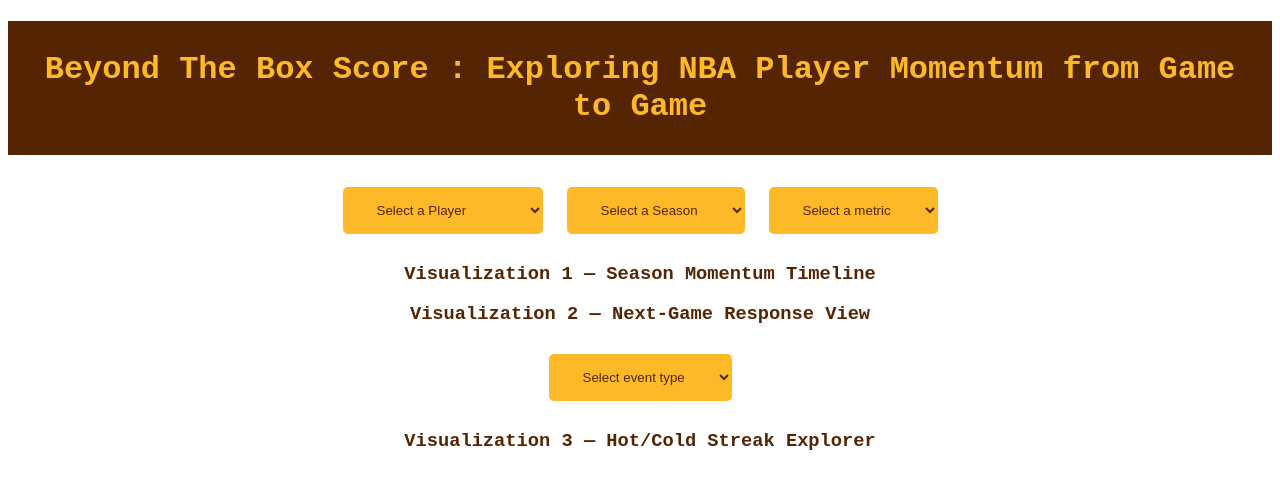
Repository: houdafatih/Data-Viz-Project
Page: index.html
An editor plug-in stored every save of this project. The page is shown before and after the next save, followed by the edit.
The browser window is 1280 px wide. The pictures show the whole page.

Above is the page before, as saved 2026-06-19 10:25:29.

### index.html
<!DOCTYPE html>
<html>
   <head>
    <meta charset="UTF-8"/>
    <title>Beyond The Box Score</title>
    <link rel="stylesheet" href="style.css" >
  </head>
  <body>
     <h1>Beyond The Box Score : Exploring NBA Player Momentum from Game to Game</h1>

     <div class="selection">
        <select id="playerSelect">
            <option selected disabled>Select a Player</option>
        </select>

        <select id="seasonSelect">
            <option selected disabled>Select a Season</option>
        </select>

        <select id="metricSelect">
            <option selected disabled>Select a metric</option>
            <option value="pts">Points</option>
            <option value="fga">FGA</option>
            <option value="min">Minutes</option>
            <option value="fg_pct">FG%</option>
            <option value="plus_minus">Plus/Minus</option>
        </select>
     </div>

     <h3>Visualization 1 — Season Momentum Timeline</h3>
     <div id="vizual1"></div>

     <h3>Visualization 2 — Next-Game Response View</h3>
     <div class="selection">
        <select id="performanceSelect">
            <option selected disabled>Select event type</option>
            <option value="all">All</option>
            <option value="hot">Hot</option>
            <option value="cold">Cold</option>
            <option value="normal">Normal</option>
        </select>
     </div>
     <div id="vizual2"></div>

     <h3>Visualization 3 — Hot/Cold Streak Explorer</h3>
     <!---<div id="vizual3"></div>

     <h3>Visualization 4 — Context Impact View</h3>
     <div id="vizual4"></div> ---->

  </body>
  <script src="https://d3js.org/d3.v7.min.js"></script>
  <script type="module" src="index.js"></script>
</html>

### style.css
body{
    padding: 0px;
}
h1{
  text-align: center;
  font-size: 2rem;
  font-family: "Courier New", Courier, monospace;
  color : #fdb927;
  background-color: #552503;
  padding: 30px;

}
.selection{
    text-align: center;
}
select{
    margin: 10px;
    padding: 15px 30px;
    border-radius: 5px;
    border: none;
    background: #fdb927;
    color:#552503;

}
select option:hover{
    background-color: #fdb927;
}



h3{
    color: #552503;
    font-family: "Courier New", Courier, monospace;
    text-align: center;
}
.tick{
    font-size: 5px;
}
line{
    stroke-width: 0.5px;
}
.label{
    color: #552503;
    font-family: "Courier New", Courier, monospace;
    font-weight: bold;
}

.tooltip{
    position: fixed;
    background: wheat;
    border: 1px solid #ccc;
    padding: 10px;
    font-size: 15px;
    opacity: 0;
    pointer-events: none;

}
text{
    font-family: "Courier New", Courier, monospace;
}
.tooltip2{
    position: fixed;
    background: #fdb927;
    border: 1px solid #ccc;
    padding: 10px;
    font-size: 15px;
    visibility: hidden;
    pointer-events: none;
}
.line2{
    stroke-width: 1px;
}

### index.js
import {playersData,seasonData} from "./scripts/utils.js";
import { drawVisualization1 } from "./scripts/visualization1.js";
import { drawVisualization2 } from "./scripts/visualization2.js";

d3.csv("data/nba.csv").then(function(data){

   data.forEach(element => {
        element.player_id = +element.player_id
        element.game_index = +element.game_index
        element.pts = +element.pts
        element.fga = +element.fga
        element.min = +element.min
        element.fg_pct = +element.fg_pct
        element.plus_minus = +element.plus_minus
        element.next_pts = +element.next_pts
        element.next_fga = +element.next_fga
        element.next_min = +element.next_min
        element.next_fg_pct = +element.next_fg_pct
        element.rolling_pts_avg_3 = +element.rolling_pts_avg_3
        element.baseline_pts = +element.baseline_pts
        element.pts_diff_from_baseline = +element.pts_diff_from_baseline
        element.streak_length = +element.streak_length
   });

   playersData(data)
   seasonData(data)

   const nba_data = data

   d3.select("#playerSelect").on("change",() => updateVisualizations(nba_data))
   d3.select("#seasonSelect").on("change",() => updateVisualizations(nba_data))
   d3.select("#metricSelect").on("change",() => updateVisualizations(nba_data))
   d3.select("#performanceSelect").on("change",() => updateVisualizations(nba_data))

})

function updateVisualizations(nba_data){
    const player = d3.select("#playerSelect").property("value")
    const season = d3.select("#seasonSelect").property("value")
    const metric = d3.select("#metricSelect").property("value")
    const eventT = d3.select("#performanceSelect").property("value")

    if(player === "Select a Player" || season === "Select a Season" || metric === "Select a metric"){
        return
    }

    let data_filter = nba_data.filter(d => d.player_name === player && d.season_year == season)
    drawVisualization1(data_filter,"#vizual1",metric)

    if(eventT === "Select event type"){
        return
    }
    drawVisualization2(data_filter,"#vizual2",metric,eventT)

}

### scripts/utils.js
export function playersData(data){
    const players_list = [...new Set(data.map(dt => dt.player_name))]

    d3.select("#playerSelect").selectAll(".players-options").data(players_list)
    .enter().append("option").attr("class","players-options").attr("value",dt=>dt).text(dt => dt)
}

export function seasonData(data){
    const seasons_list = [...new Set(data.map(dt => dt.season_year))]
    d3.select("#seasonSelect").selectAll(".seasons-options").data(seasons_list)
    .enter().append("option").attr("class","seasons-options").attr("value",dt=>dt).text(dt => dt)
}

### scripts/visualization1.js
export function drawVisualization1(data,id,metric){
     if(data.length === 0) {
        clearCanvas(id)
        return
    }
     const canvas = createCanvas()

     clearCanvas(id)

     const svg = addSvg(id,canvas)
     const sc = addScales(data,canvas,metric)

     addAxes(svg,sc,canvas)
     addMetricLine(svg,sc,data,metric)
     addAverageLine(svg,sc,data,metric)
     addBaselineLine(svg,sc,data,metric)
     addPoints(svg,sc,data,metric)
     addLabels(svg,canvas,metric)

     addLegends(svg,canvas)
}

function createCanvas(){
    return{
        width : 600, height: 200, margin:{top: 20,right:100, bottom:60, left:50}
    }
}

function clearCanvas(id){
    d3.select(id).html("")
}

function addSvg(id,canvas){
    return d3.select(id).append("svg").attr("viewBox",`0 0 ${canvas.width} ${canvas.height}`)
}

function addScales(data,canvas,metric){
    const xScale =
    d3.scaleLinear().domain(d3.extent(data,dt => dt.game_index))
    .range([canvas.margin.left,canvas.width - canvas.margin.right])

    const yScale =
      d3.scaleLinear().domain([d3.min(data,d => d[metric]),d3.max(data,d => d[metric])])
      .nice().range([canvas.height - canvas.margin.bottom,canvas.margin.top])

    return {xScale,yScale}
}

function addAxes(svg, scales, canvas){
    svg.append("g").attr("transform",`translate(0, ${canvas.height - canvas.margin.bottom})`)
    .call(d3.axisBottom(scales.xScale))

    svg.append("g").attr("transform",`translate(${canvas.margin.left},0)`)
    .call(d3.axisLeft(scales.yScale))
}

function addMetricLine(svg,scales,data,metric){
    let line = d3.line().x(d => scales.xScale(d.game_index)).y(d => scales.yScale(d[metric]))

    svg.append("path").datum(data).attr("fill","none").attr("stroke","#222")
     .attr("stroke-width",0.8).attr("d",line)
}

function addAverageLine(svg,scales,data,metric){
    if(metric != "pts") return
    let avg_line = d3.line().x(d => scales.xScale(d.game_index)).y(d => scales.yScale(d.rolling_pts_avg_3))

    svg.append("path").datum(data).attr("fill","none").attr("stroke","#fdb927")
     .attr("stroke-width",0.5).attr("d",avg_line)
}

function addBaselineLine(svg,scales,data,metric){

    let base_line = d3.mean(data,d => d[metric])


    svg.append("line")
    .attr("x1",scales.xScale(d3.min(data,dt => dt.game_index))).attr("x2",scales.xScale(d3.max(data,dt => dt.game_index)))
    .attr("y1",scales.yScale(base_line)).attr("y2",scales.yScale(base_line))
    .attr("stroke","#777").attr("stroke-dasharray","6 4")
}

function addPoints(svg,scales,data,metric){
    const tooltip = toolTip()

    svg.selectAll("circle").data(data).enter()
     .append("circle").attr("class","game-pt")
     .attr("cx", d => scales.xScale(d.game_index))
     .attr("cy",d => scales.yScale(d[metric]))
     .attr("r",2).attr("fill",d => colorPoint(d.performance_label))
     .on("mouseover",function(event,d){
        d3.select(this).attr("r",3)
        tooltip.style("opacity",1).html(tooltipInformations(d))
     })
     .on("mousemove",function(event){
        tooltip.style("left",event.clientX+15+"px")
          .style("top",event.clientY-20+"px")
     })
     .on("mouseout",function(){
        d3.select(this)
        .attr("r",2)
        tooltip.style("opacity",0)
     })
     //.on("click",function(event,d){
       // highlightGameandNextGame(svg,data,d)
    // })



}

function colorPoint(perf){
    if(perf === "hot") return "#d94801"
    if(perf === "cold") return "#3182bd"
    return "#999"
}

function addLabels(svg,canvas,metric){
    svg.append("text").attr("class","label")
    .attr("x",canvas.width - 100).attr("y",canvas.height-40)
    .attr("text-anchor","middle").attr("font-size","5px")
    .text("Game Order")

    svg.append("text").attr("class","label")
    .attr("x",40).attr("y",10)
    .attr("text-anchor","middle").attr("font-size","5px")
    .text(metricName(metric))
}

function metricName(metric){
    if(metric === "pts") return "Points"
    if(metric === "fga") return "Field Goal Attempts"
    if(metric === "min") return "Minutes"
    if(metric === "fg_pct") return "Field Goal Percentage"
    if(metric === "plus_minus") return "Plus / Minus"
}

function addLegends(svg,canvas){
    const lg = svg.append("g").attr("transform",
        `translate(${canvas.width - canvas.margin.right+20},${canvas.margin.top-10})`)


    lg.append("circle").attr("cx",0).attr("cy",0).attr("r",2).attr("fill","#d94801")
    lg.append("text").attr("x",5).attr("y",2).text("Hot game").attr("font-size","5px")

    lg.append("circle").attr("cx",0).attr("cy",10).attr("r",2).attr("fill","#999")
    lg.append("text").attr("x",5).attr("y",12).text("Normal game").attr("font-size","5px")

    lg.append("circle").attr("cx",0).attr("cy",20).attr("r",2).attr("fill","#3182bd")
    lg.append("text").attr("x",5).attr("y",22).text("Cold game").attr("font-size","5px")


    lg.append("line").attr("x1",0).attr("x2",20).attr("y1",30).attr("y2",30)
    .attr("stroke","black").attr("stroke-width",2)
    lg.append("text").attr("x",21).attr("y",30).text(" = Metric").attr("font-size","5px")

    lg.append("line").attr("x1",0).attr("x2",20).attr("y1",40).attr("y2",40)
    .attr("stroke","black").attr("stroke-dasharray","6 4")
    lg.append("text").attr("x",21).attr("y",40).text(" = Baseline").attr("font-size","5px")

    lg.append("line").attr("x1",0).attr("x2",20).attr("y1",50).attr("y2",50)
    .attr("stroke-width",2).attr("stroke","#fdb927")
    lg.append("text").attr("x",21).attr("y",50).text(" = Rolling Average").attr("font-size","5px")
}

function toolTip(){
    let tooltip = d3.select("body").select(".tooltip")
    if(tooltip.empty()){
        tooltip = d3.select("body").append("div").attr("class","tooltip")
    }

    return tooltip
}

function tooltipInformations(data){
    return `<strong> Game ${data.game_index} </strong><br>
            Date : ${data.game_date}<br>
            Home/Away : ${data.home_away}<br>
            Points : ${data.pts}<br>
            Minutes : ${data.min}<br>
            FGA : ${data.fga}<br>
            Next Game Points : ${data.next_pts}<br>`
}

function highlightGameandNextGame(svg,data,selected){
    const nextG = data.find(d => d.game_index === selected.game_index + 1)

    svg.selectAll(".game-point").attr("r",8).attr("stroke","none").attr("opacity",0.4)

    svg.selectAll(".game-point").filter(d => d.game_index === selected.game_index)
    .attr("stroke","black").attr("stroke-width",3).attr("r",5).attr("opacity",1)

    if(nextG){
        svg.selectAll(".game-point").filter(d => d.game_index === nextG.game_index)
       .attr("stroke","#3182bd").attr("stroke-width",3).attr("r",8).attr("opacity",1)
    }
}

### scripts/visualization2.js
export function drawVisualization2(data,id,metric,eventT){
    if(data.length === 0) {
        clearCanvas(id)
        return
    }


     let new_data = createData(data,metric)

     if(eventT !== "all"){
        new_data = new_data.filter(d => performance_filter(d.current_g,data,metric) === eventT)
     }

     const canvas = createCanvas(new_data)

     clearCanvas(id)

     const svg = addSvg(id,canvas)

     draw_Header(svg,200,400)
     draw_Rows(svg,new_data,200,400,canvas.margin,15)
     addSummaryCard(svg,new_data,eventT,canvas)

}
function createCanvas(new_data){
    return{
        width : 600, height: 100 + new_data.length *16 , margin:{top: 20,right:100, bottom:60, left:50}
    }
}

function clearCanvas(id){
    d3.select(id).html("")
}

function addSvg(id,canvas){
    return d3.select(id).append("svg").attr("viewBox",`0 0 ${canvas.width} ${canvas.height}`)
}

function createData(data,metric){
   const new_data = data.slice().sort((a,b) => a.game_index - b.game_index)

   return new_data.slice(0,-1).map((d,j) => {
      const nextG = new_data[j+1]

      return {
        eventN: j+1,
        game_idx : d.game_index,
        nextg_index : nextG.game_index,
        current_v: d[metric],
        next_v : nextG[metric],
        difference : nextG[metric] - d[metric],
        current_g : d,
        next_g : nextG
      }
   })
}

function draw_Header(svg,left,right){
    svg.append("text").attr("x",left).attr("y",30)
    .attr("text-anchor","middle").attr("font-weight","bold").attr("font-size","8px").text("Game n")

    svg.append("text").attr("x",right).attr("y",30)
    .attr("text-anchor","middle").attr("font-weight","bold").attr("font-size","8px").text("Game n+1")

}

function draw_Rows(svg,new_data,left,right,margin,r_height){
    const tooltip = toolTip2(new_data)

    const rows = svg.selectAll(".response-row").data(new_data).enter()
     .append("g").attr("class","response-row")
     .attr("transform",(d,j) => `translate(0,${margin.top+j*r_height})`)

    rows.append("text").attr("x",100).attr("y",35).text(d =>`Event ${d.eventN}` )
     .attr("font-size","7px").attr("font-weight","bold")
    rows.append("text").attr("x",left).attr("y",35).attr("text-anchor","end").text(d => d.current_v).attr("font-size","6px")

    const line_scale = d3.scaleLinear().domain([0,d3.max(new_data, d => Math.abs(d.difference))]).range([20,180])

    rows.append("line").attr("x1",left+10).attr("class","line2")
    .attr("x2",d => { const l= line_scale(Math.abs(d.difference))
        return left+l

    })
    .attr("y1",35).attr("y2",35).attr("stroke","black").attr("stroke-dasharray","5 3")
    .on("mouseover",function(event,d){
        tooltip.style("visibility","visible").html(tooltipInformations2(d))
     })
     .on("mousemove",function(event){
        tooltip.style("left",event.clientX+15+"px")
          .style("top",event.clientY-20+"px")
     })
     .on("mouseout",function(){
        tooltip.style("visibility","hidden")
     })

    rows.append("circle").attr("cx",left+10).attr("cy",35).attr("r",2).attr("fill","#fdb927")
    rows.append("circle").attr("cx",d => { const l= line_scale(Math.abs(d.difference))
        return left+l

    }).attr("cy",35).attr("r",2).attr("fill","#fdb927")

    rows.append("text").attr("x",right).attr("y",35).text(d => d.next_v).attr("font-size","6px")

    rows.append("text").attr("x",right+50).attr("y",35).text(d => difference_label(d.difference))
    .attr("font-size","6px").attr("fill","#552503").attr("font-weight","bold")

}

function difference_label(diff){
    if(diff > 1) return "increase"
    if(diff < -1) return "decrease"
    if(diff < 0) return "slightly decrease"
    if(diff > 0) return "slightly increase"
    return "stable"
}

function performance_filter(d,data,metric){
   const bLine = d3.mean(data,dt => dt[metric])
   const th = Math.abs(bLine) * 0.2
   const dv = d[metric] - bLine

   if(dv > th) return "hot"
   if(dv < -th) return "cold"
   return "normal"
}

function addSummaryCard(svg,new_data,eventT,canvas){

    svg.append("text").attr("x",50).attr("y",canvas.height-50)
    .attr("font-weight","bold").text(`Average change after ${eventT} games:`).attr("font-size","7px")

    const metrics_change = new_data.map(d => {
        const pts = d.current_g["next_pts"] - d.current_g["pts"]
        const fga = d.current_g["next_fga"] - d.current_g["fga"]
        const min = d.current_g["next_min"] - d.current_g["min"]
        const fg_pct = d.current_g["next_fg_pct"] - d.current_g["fg_pct"]

        return {"pts":pts,"fga":fga,"min":min,"fg_pct":fg_pct}
    })

    const means = [
        {"avg":d3.mean(metrics_change,d => d.pts),"name":"PTS"},
        {"avg":d3.mean(metrics_change,d => d.fga),"name":"FGA"},
        {"avg":d3.mean(metrics_change,d => d.min),"name":"MIN"},
        {"avg":d3.mean(metrics_change,d => d.fg_pct),"name":"FG%"}
    ]

    means.forEach((element,i) => {
        let position = canvas.margin.left+i*50
        svg.append("text").attr("x",position).attr("y",canvas.height-30)
        .attr("font-size","6px").attr("font-weight","bold")
        .text(`${element.name} : `)
        svg.append("text").attr("x",position+20).attr("y",canvas.height-30)
        .attr("font-size","6px")
        .text(`${element.avg.toFixed(2)}`)

    });

}

function toolTip2(){
    let tooltip = d3.select("body").select(".tooltip2")
    if(tooltip.empty()){
        tooltip = d3.select("body").append("div").attr("class","tooltip2")
    }

    return tooltip
}

function tooltipInformations2(data){
    console.log(data)
    return `<strong> Game n - Date: ${data.current_g["game_date"]} </strong><br>
            <strong> Game n - Opponent: ${data.current_g["opponent"]} </strong><br>
            <strong> Game n - Points: ${data.current_g["pts"]} </strong><br>
            <strong> Game n+1 - Date: ${data.next_g["game_date"]} </strong><br>
            <strong> Game n+1 - Opponent: ${data.next_g["opponent"]} </strong><br>
            <strong> Game n+1 - Points: ${data.next_g["pts"]} </strong><br>
    `
}

After the next save:
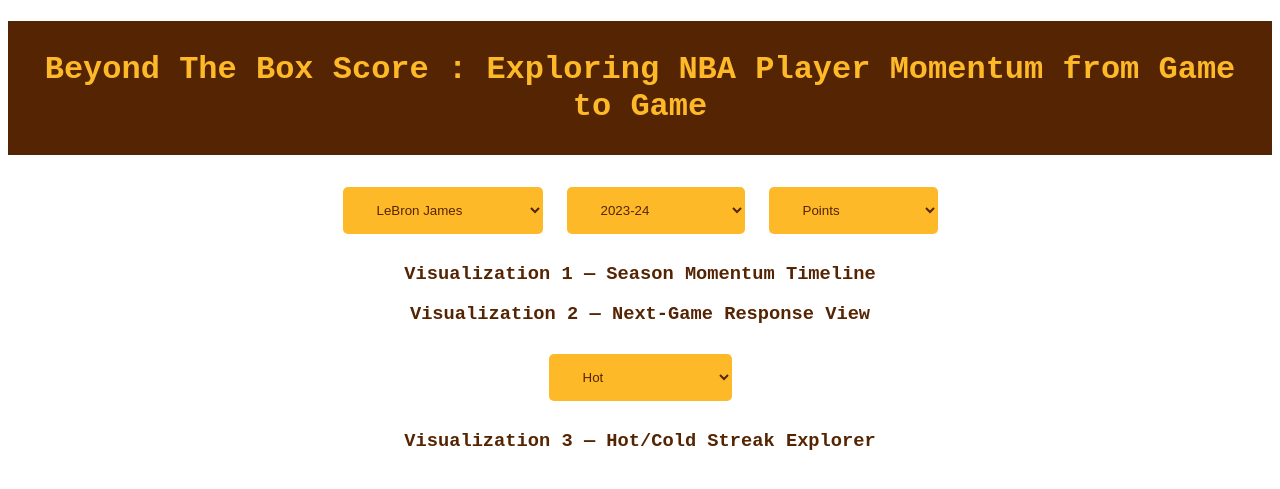
Saved 70 s later.
--- a/index.js
+++ b/index.js
@@ -27,6 +27,15 @@
 
    const nba_data = data
 
+   d3.select("#playerSelect").property("value",data[0].player_name)
+
+   d3.select("#seasonSelect").property("value",data[0].season_year)
+
+   d3.select("#metricSelect").property("value","pts")
+
+   d3.select("#performanceSelect").property("value","hot")
+
+
    d3.select("#playerSelect").on("change",() => updateVisualizations(nba_data))
    d3.select("#seasonSelect").on("change",() => updateVisualizations(nba_data))
    d3.select("#metricSelect").on("change",() => updateVisualizations(nba_data))
